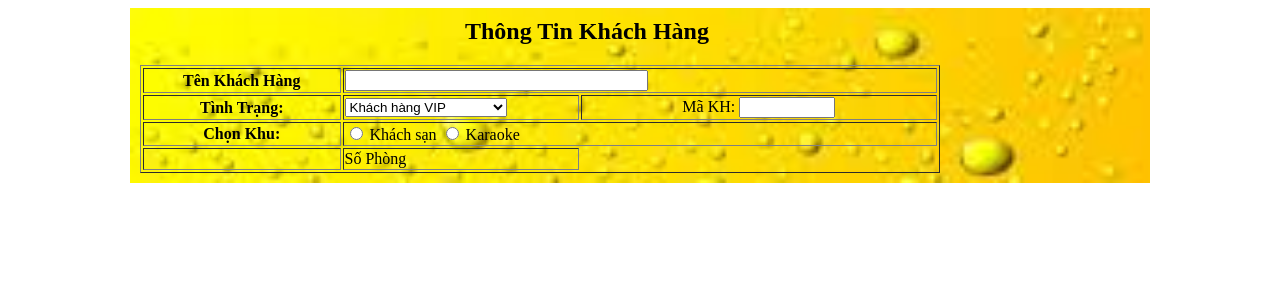
Repository: Tan-Khang21/TH_TKW--Buoi_04
Page: Bai_Tap_Tren_Lop/Bai_02/Frame6.html
An editor plug-in stored every save of this project. The page is shown before and after the next save, followed by the edit.
The browser window is 1280 px wide. The pictures show the whole page.

Above is the page before, as saved 2024-03-06 14:14:33.

After the next save:
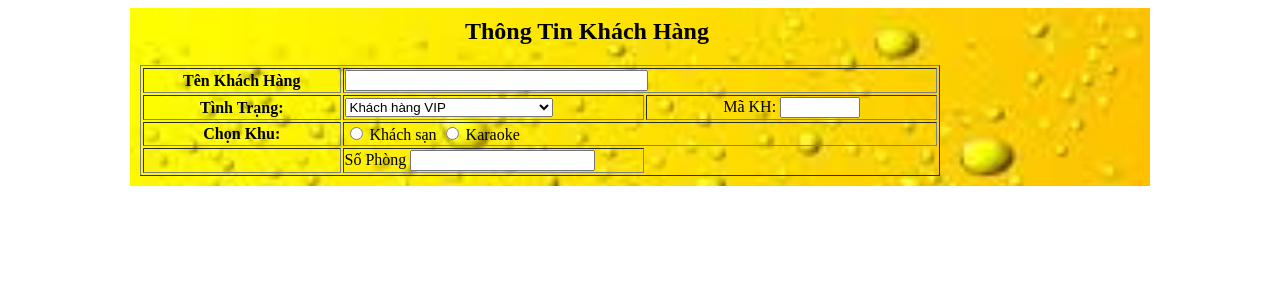
Saved 12 s later.
--- a/Bai_Tap_Tren_Lop/Bai_02/Frame6.html
+++ b/Bai_Tap_Tren_Lop/Bai_02/Frame6.html
@@ -40,7 +40,8 @@
         </tr>
         <tr>
             <td></td>
-            <td><span>Số Phòng</span></td>
+            <td><span>Số Phòng</span>
+            <input type="text"></td>
         </tr>
     </table>
     </div>
